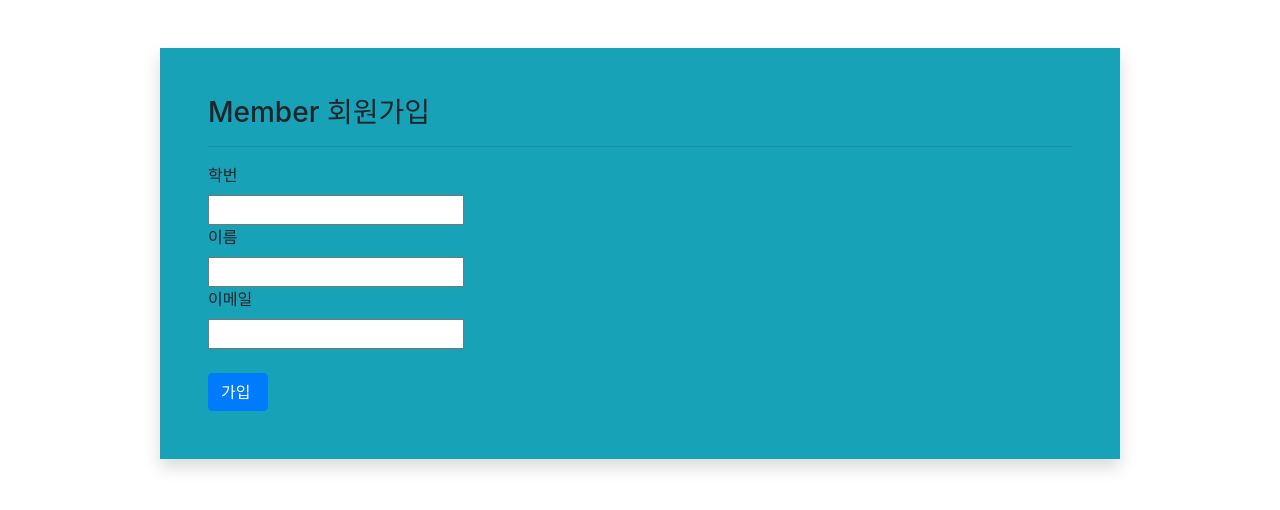
Repository: hadora01/newWeb
Page: http://localhost/jhbook/studentInfo.jsp
An editor plug-in stored every save of this project. The page is shown before and after the next save, followed by the edit.
The browser window is 1280 px wide. The pictures show the whole page.
The page is served by Tomcat 9. Other server files are loaded and not shown.

Above is the page before, as saved 2021-11-02 11:15:10.

### jhbook/WebContent/studentInfo.jsp
<%@ page language="java" contentType="text/html; charset=UTF-8"
    pageEncoding="UTF-8"%>
<!DOCTYPE html PUBLIC "-//W3C//DTD HTML 4.01 Transitional//EN" "http://www.w3.org/TR/html4/loose.dtd">
<html>
<head>
<meta http-equiv="Content-Type" content="text/html; charset=UTF-8">

<!-- 한글처리를 위해서  -->
<meta charset="UTF-8">

<!-- Bootstrap CSS -->
<link rel="stylesheet" href="https://stackpath.bootstrapcdn.com/bootstrap/4.3.1/css/bootstrap.min.css" integrity="sha384-ggOyR0iXCbMQv3Xipma34MD+dH/1fQ784/j6cY/iJTQUOhcWr7x9JvoRxT2MZw1T" crossorigin="anonymous">

<!-- Optional JavaScript -->
<!-- jQuery first, then Popper.js, then Bootstrap JS -->
<script src="https://code.jquery.com/jquery-3.3.1.slim.min.js" integrity="sha384-q8i/X+965DzO0rT7abK41JStQIAqVgRVzpbzo5smXKp4YfRvH+8abtTE1Pi6jizo" crossorigin="anonymous"></script>
<script src="https://cdnjs.cloudflare.com/ajax/libs/popper.js/1.14.7/umd/popper.min.js" integrity="sha384-UO2eT0CpHqdSJQ6hJty5KVphtPhzWj9WO1clHTMGa3JDZwrnQq4sF86dIHNDz0W1" crossorigin="anonymous"></script>
<script src="https://stackpath.bootstrapcdn.com/bootstrap/4.3.1/js/bootstrap.min.js" integrity="sha384-JjSmVgyd0p3pXB1rRibZUAYoIIy6OrQ6VrjIEaFf/nJGzIxFDsf4x0xIM+B07jRM" crossorigin="anonymous"></script>

<title>학생정보 사이트 </title>
</head>

<body>
	<div class = "container bg-info shadow mx-auto mt-5 p-5 w-75">

	<h3>Member 회원가입 </h3>
	<hr>
	<form method ="post" action ="signup.jsp" >
		<label>학번</label> <br>
		<input type ="text" name ="memberno"> <br>

		<label>이름</label> <br>
		<input type ="text" name ="membername"><br>

		<label>이메일</label> <br>
		<input type ="email"  name ="memberemail"><br><br>

		<input type ="submit"  class = "btn btn-primary " value ="가입 " >



		</form>
	</div>

</body>
</html>

After the next save:
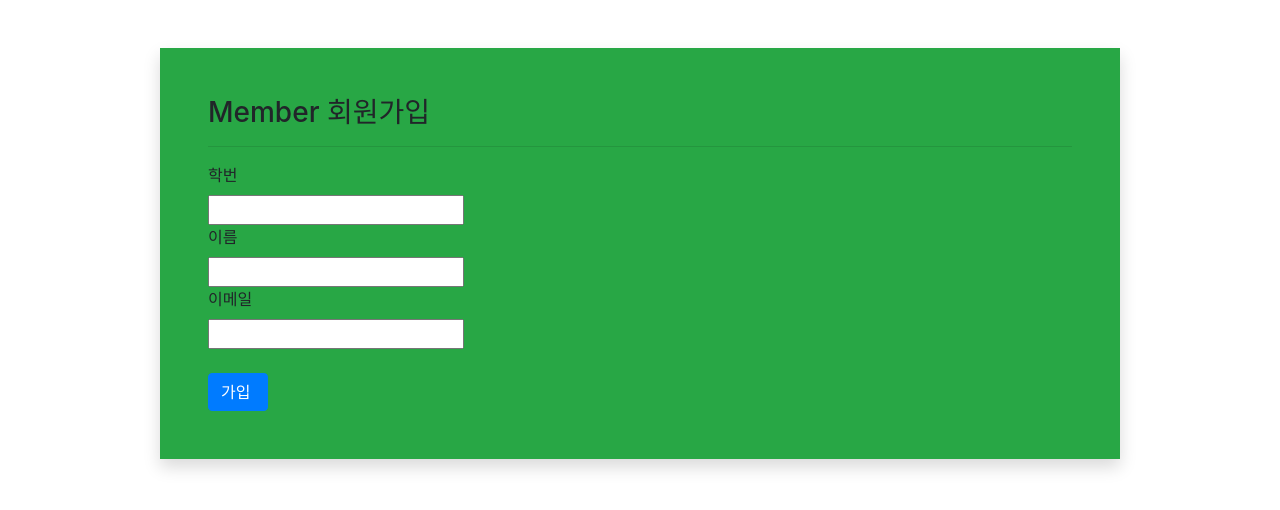
Saved 38 s later.
--- a/jhbook/WebContent/studentInfo.jsp
+++ b/jhbook/WebContent/studentInfo.jsp
@@ -21,7 +21,7 @@
 </head>
 
 <body>
-	<div class = "container bg-info shadow mx-auto mt-5 p-5 w-75">
+	<div class = "container bg-success shadow mx-auto mt-5 p-5 w-75">
 
 	<h3>Member 회원가입 </h3>
 	<hr>
